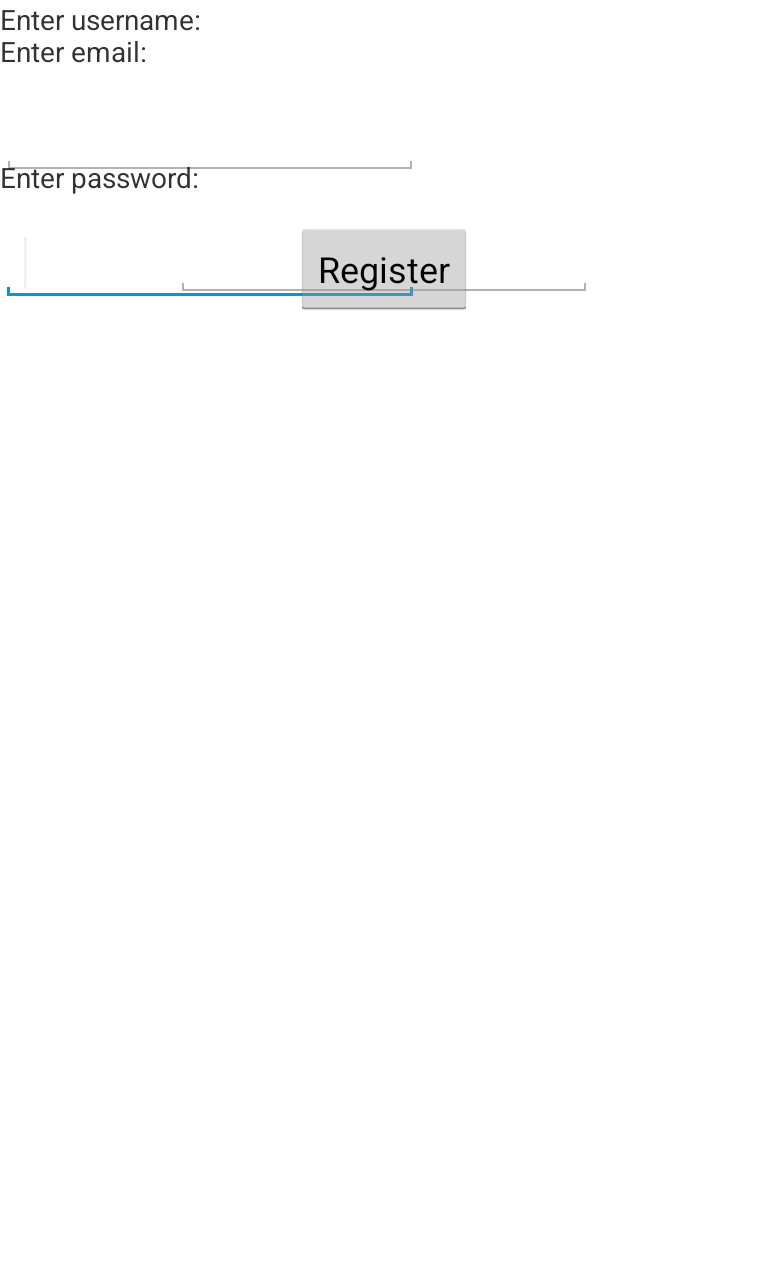
Repository: Codlex/JSMS
Layout: AndroidClient/res/layout/register_layout.xml
These files come from the project's save history. The layout is drawn as it stood at one moment and after the next save; the edit follows.
It is drawn on a 768 x 1280 px phone screen (xhdpi) without system bars, with theme AppTheme; the app's code is not run.

Above is the layout before, as saved 2013-01-04 15:13:26.

### AndroidClient/res/layout/register_layout.xml
<?xml version="1.0" encoding="utf-8"?>
<RelativeLayout xmlns:android="http://schemas.android.com/apk/res/android"
    android:id="@+id/RelativeLayout1"
    android:layout_width="match_parent"
    android:layout_height="match_parent"
    android:orientation="vertical" >

    <TextView
        android:id="@+id/text1"
        android:layout_width="wrap_content"
        android:layout_height="wrap_content"
        android:layout_alignBottom="@+id/username"
        android:layout_alignLeft="@+id/username"
        android:layout_alignRight="@+id/username"
   		android:text="@string/username"
        android:layout_marginBottom="44dp" />

    <TextView
        android:id="@+id/text2"
        android:layout_width="wrap_content"
        android:layout_height="wrap_content"
        android:layout_alignLeft="@+id/username"
        android:layout_below="@+id/text1"
        android:layout_marginTop="16dp"
        android:text="@string/password" />

    <EditText
        android:id="@+id/username2"
        android:layout_width="wrap_content"
        android:layout_height="wrap_content"
        android:layout_alignParentTop="true"
        android:layout_centerHorizontal="true"
        android:layout_marginTop="110dp"
        android:ems="10"
        android:inputType="textPersonName" />

    <EditText
        android:id="@+id/password2"
        android:layout_width="wrap_content"
        android:layout_height="wrap_content"
        android:layout_alignLeft="@+id/text2"
        android:layout_below="@+id/text2"
        android:layout_marginTop="14dp"
        android:ems="10"
        android:inputType="textPassword" >

        <requestFocus />
    </EditText>

    <TextView
        android:id="@+id/text3"
        android:layout_width="wrap_content"
        android:layout_height="wrap_content"
        android:layout_alignLeft="@+id/password"
        android:layout_below="@+id/password"
        android:layout_marginTop="16dp"
        android:text="@string/email" />

    <EditText
        android:id="@+id/EditText01"
        android:layout_width="wrap_content"
        android:layout_height="wrap_content"
        android:layout_alignLeft="@+id/text3"
        android:layout_below="@+id/text3"
        android:layout_marginTop="14dp"
        android:ems="10"
        android:inputType="textEmailAddress" />

    <Button
        android:id="@+id/registerb2"
        android:layout_width="wrap_content"
        android:layout_height="wrap_content"
        android:layout_below="@+id/EditText01"
        android:layout_centerHorizontal="true"
        android:layout_marginTop="22dp"
        android:text="@string/register" />

</RelativeLayout>

### AndroidClient/res/values/strings.xml
<?xml version="1.0" encoding="utf-8"?>
<resources>

    <string name="app_name">AndroidClient</string>
    <string name="hello_world">Hello world!</string>
    <string name="menu_settings">Settings</string>
    <string name="username">Enter username:</string>
    <string name="password">Enter password:</string>
    <string name="email">Enter email:</string>
    <string name="login">Login</string>
    <string name="register">Register</string>
	<string name="create_account">Create account</string>

</resources>

Loaded but not shown: AndroidClient/res/values/styles.xml (common file); AndroidClient/res/values-v11/styles.xml (common file); AndroidClient/res/values-v14/styles.xml (common file)

After the next save:
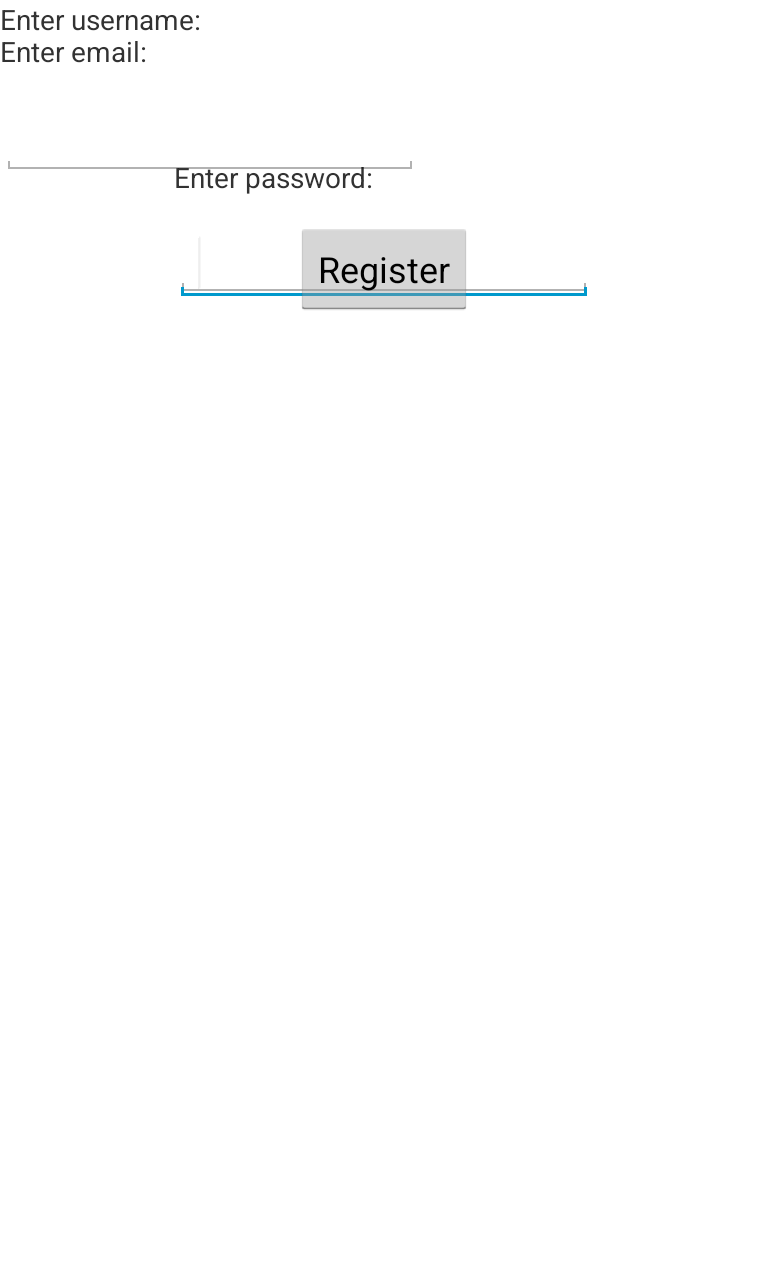
Saved 6 s later.
--- a/AndroidClient/res/layout/register_layout.xml
+++ b/AndroidClient/res/layout/register_layout.xml
@@ -19,7 +19,7 @@
         android:id="@+id/text2"
         android:layout_width="wrap_content"
         android:layout_height="wrap_content"
-        android:layout_alignLeft="@+id/username"
+        android:layout_alignLeft="@+id/username2"
         android:layout_below="@+id/text1"
         android:layout_marginTop="16dp"
         android:text="@string/password" />
